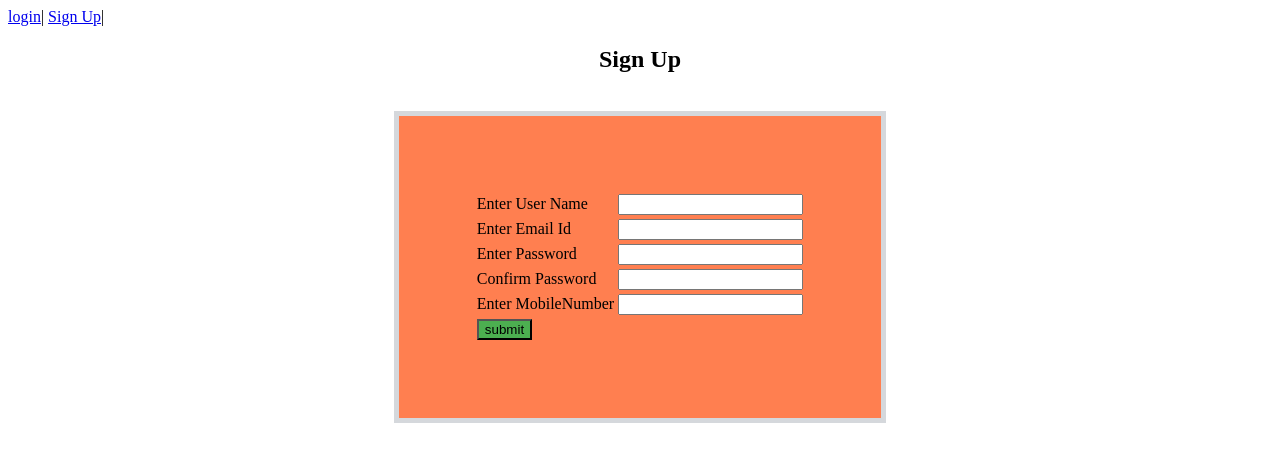
Repository: ashwinipatil321/ServletPrograms
Page: http://localhost/loginAndRegisterServlet/Register.jsp
These files come from the project's save history. The page is drawn as it stood at one moment and after the next save; the edit follows.
The browser window is 1280 px wide. The pictures show the whole page.
The page is served by Tomcat 9. Other server files are loaded and not shown.

Above is the page before, as saved 2017-11-06 13:33:03.

### loginAndRegisterServlet/WebContent/Register.jsp
<%@ page language="java" contentType="text/html; charset=UTF-8"
	pageEncoding="UTF-8"%>
<!DOCTYPE html PUBLIC "-//W3C//DTD HTML 4.01 Transitional//EN" "http://www.w3.org/TR/html4/loose.dtd">
<html>
<head>
<meta http-equiv="Content-Type" content="text/html; charset=UTF-8">
<title>Insert title here</title>

<style type="text/css">
table {
	border: 5px solid #D5D8DC;
	padding: 75px;
	margin: auto;
}

table {
	background-color: coral;
}

.submit {
	text-align: center;

	background-color: #4CAF50;
}
</style>
</head>
<body>
	<%@ include file="index.jsp"%>

	<div>
		<center>
			<form action="RegisterServlet" method="post">
				<table border="0">
					<h2>Sign Up</h2>
					<tr>
						<td>Enter User Name</td><br>
						<td><input type="text" name="UserName"></td>
					</tr>

					<tr>
						<td>Enter Email Id</td>
						<td><input type="text" name="EmailId"></td>
					</tr>


					<tr>
						<td>Enter Password</td>
						<td><input type="password" name="password"></td>
					</tr>


					<tr>
						<td>Confirm Password</td>
						<td><input type="password" name="confirmPassword"></td>
					</tr>

					<tr>
						<td>Enter MobileNumber</td>
						<td><input type="text" name="MobileNumber"></td>
					</tr>
					<center>
						<tr>
							<div style="text-align: center;">
							<td><input type="submit" value="submit" class="submit"></td>
							</div>
						</tr>
					</center>
				</table>
			</form>
	</div>
</body>
</html>

### loginAndRegisterServlet/WebContent/index.jsp
<%@ page language="java" contentType="text/html; charset=UTF-8"
    pageEncoding="UTF-8"%>
<!DOCTYPE html PUBLIC "-//W3C//DTD HTML 4.01 Transitional//EN" "http://www.w3.org/TR/html4/loose.dtd">
<html>
<head>
<meta http-equiv="Content-Type" content="text/html; charset=UTF-8">
<title>Insert title here</title>
</head>
<body>
<a href="login.jsp">login</a>|
<a href="Register.jsp">Sign Up</a>|
</body>
</html>

After the next save:
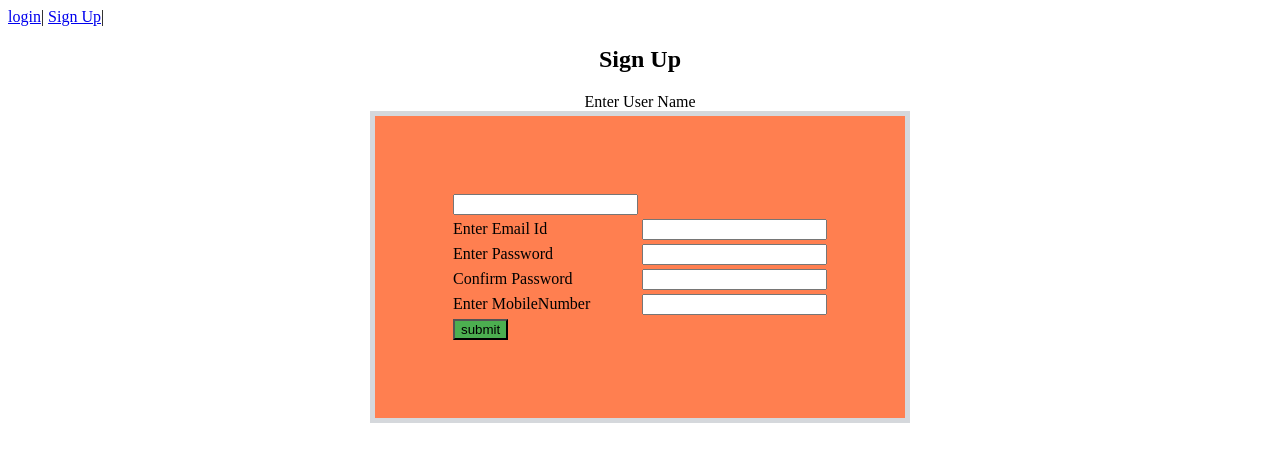
Saved 93 s later.
--- a/loginAndRegisterServlet/WebContent/Register.jsp
+++ b/loginAndRegisterServlet/WebContent/Register.jsp
@@ -33,7 +33,7 @@ table {
 				<table border="0">
 					<h2>Sign Up</h2>
 					<tr>
-						<td>Enter User Name</td><br>
+						<label>Enter User Name<label><br>
 						<td><input type="text" name="UserName"></td>
 					</tr>
 
